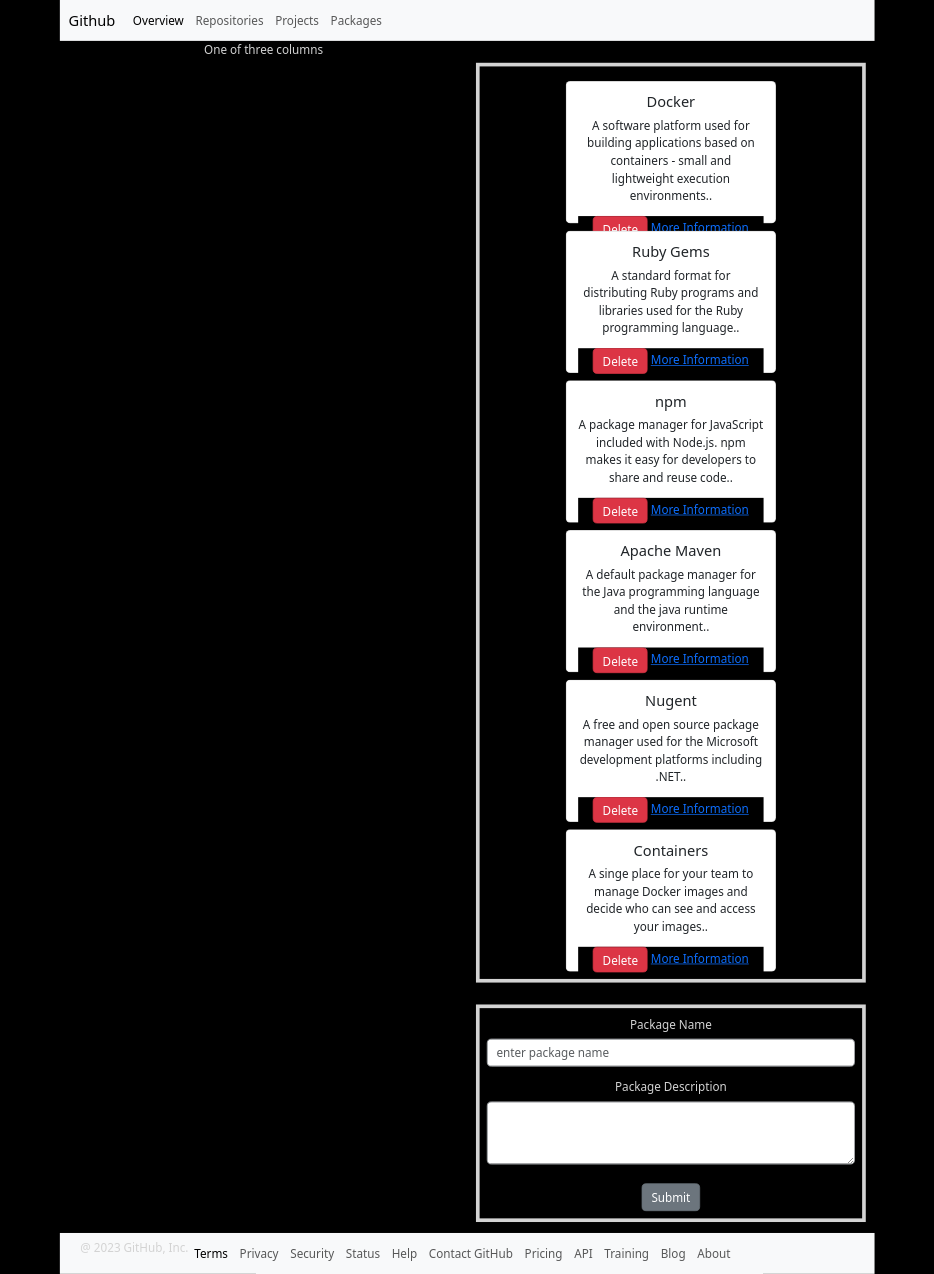
Repository: nss-evening-cohort-E23/gitsub-pull-request-posse
Page: packages.html
These files come from the project's save history. The page is drawn as it stood at one moment and after the next save; the edit follows.
The browser window is 1280 px wide. The pictures show the whole page, at 73% of full size.

Above is the page before, as saved 2023-05-09 19:41:01.

### packages.html
<!DOCTYPE html>
<html lang="en">
<head>
  <meta charset="UTF-8">
  <meta http-equiv="X-UA-Compatible" content="IE=edge">
  <meta name="viewport" content="width=device-width, initial-scale=1.0">
  <link href="https://cdn.jsdelivr.net/npm/bootstrap@5.3.0-alpha3/dist/css/bootstrap.min.css" rel="stylesheet" integrity="sha384-KK94CHFLLe+nY2dmCWGMq91rCGa5gtU4mk92HdvYe+M/SXH301p5ILy+dN9+nJOZ" crossorigin="anonymous">
  <link rel="stylesheet" href="packages.css">
  <title>Packages</title>
</head>
<body>
  <div class="container" id="master">
    <div id="navigate">
      <nav class="navbar navbar-expand-lg bg-body-tertiary">
        <div class="container-fluid">
          <a class="navbar-brand" href="#">Github</a>
          <button class="navbar-toggler" type="button" data-bs-toggle="collapse" data-bs-target="#navbarNavAltMarkup" aria-controls="navbarNavAltMarkup" aria-expanded="false" aria-label="Toggle navigation">
            <span class="navbar-toggler-icon"></span>
          </button>
          <div class="collapse navbar-collapse" id="navbarNavAltMarkup">
            <div class="navbar-nav">
              <a class="nav-link active" aria-current="page" href="#">Overview</a>
              <a class="nav-link" href="#">Repositories</a>
              <a class="nav-link" href="#">Projects</a>
              <a class="nav-link" href="#">Packages</a>
            </div>
          </div>
        </div>
      </nav>
    </div>
   <div class="container text-center">
    <div class="row align-items-start">
    <!-- 2 columns | first column for static bio -->
    <div class="col" id="bio">
      One of three columns

    </div>
    <div class="col">
      <!-- <h2><b><u>Packages</u></b></h2> -->
      <div id="packages"></div>
      <form class="form">
      <div id="newPackage">
      <div class="mb-3">
        <label for="exampleFormControlInput1" class="form-label">Package Name</label>
        <input type="text" class="form-control" id="name" placeholder="enter package name">
      </div>
      <div class="mb-3">
        <label for="exampleFormControlTextarea1" class="form-label">Package Description</label>
        <textarea class="form-control" id="description" rows="3"></textarea>
      </div>
      <button type="submit" class="btn btn-secondary" id="submit">Submit</button>
    </div>
  </form>
  </div>
  </div>
</div>
<!-- Footer -->

<div class="footer">
<nav class="navbar navbar-expand-lg bg-body-tertiary">
  <div class="container-fluid">
    <a class="navbar-brand" href="#"></a>
    <button class="navbar-toggler" type="button" data-bs-toggle="collapse" data-bs-target="#navbarNav" aria-controls="navbarNav" aria-expanded="false" aria-label="Toggle navigation">
      <span class="navbar-toggler-icon"></span>
    </button>
    <div class="collapse navbar-collapse" id="footer">
      <p>@ 2023 GitHub, Inc.</p>
      <div id="ftr-links">
      <ul class="navbar-nav">
        <li class="nav-item">
          <a class="nav-link active" aria-current="page" href="#">Terms</a>
        </li>
        <li class="nav-item">
          <a class="nav-link" href="#">Privacy</a>
        </li>
        <li class="nav-item">
          <a class="nav-link" href="#">Security</a>
        </li>
        <li class="nav-item">
          <a class="nav-link" href="#">Status</a>
        </li>
        <li class="nav-item">
          <a class="nav-link" href="#">Help</a>
        </li>
      </ul>

      <ul class="navbar-nav">
        <li class="nav-item">
          <a class="nav-link" href="#">Contact GitHub</a>
        </li>
        <li class="nav-item">
          <a class="nav-link" href="#">Pricing</a>
        </li>
        <li class="nav-item">
          <a class="nav-link" href="#">API</a>
        </li>
        <li class="nav-item">
          <a class="nav-link" href="#">Training</a>
        </li>
        <li class="nav-item">
          <a class="nav-link" href="#">Blog</a>
        </li>
        <li class="nav-item">
          <a class="nav-link" href="#">About</a>
        </li>
      </ul>
    </div>
  </div>
</nav>
</div>
</div>
</div>
</div>
  <script src="main.js"></script>
  <script src="https://cdn.jsdelivr.net/npm/bootstrap@5.3.0-alpha3/dist/js/bootstrap.bundle.min.js" integrity="sha384-ENjdO4Dr2bkBIFxQpeoTz1HIcje39Wm4jDKdf19U8gI4ddQ3GYNS7NTKfAdVQSZe" crossorigin="anonymous"></script>
</body>
</html>

### packages.css
body {
  background-color: black;
  color: lightgray;
  flex: auto;
}

#master {
  display: flex;
  flex-direction: column;
  height: 100vh;
}

#navigate {
  flex: none;



}

.footer {
  margin-top: auto;
  justify-content: space-around;

}

#ftr-links {
  display: flex;
  flex-direction: row;
  justify-content: space-between;

}

#packages {
  display: flex;
  flex-direction: row;
  flex-wrap: wrap;
  justify-content: space-around;
  margin: 0 auto;
  width: 100%;
  border: 5px solid lightgray;
  padding: 10px;
  margin-top: 30px;

}

.card {
 height: 195px;
 margin-top: 10px;
}

#newPackage {
  border: 5px solid lightgray;
  margin-top: 30px;
  margin-bottom: 15px;
  padding: 10px;
}

#submit {
  margin-top: 10px;
}

#delete {
  margin: auto;
  width: 75px;
  height: 35px;
}

#card-footer {
  margin-bottom: 5px;
  background-color: black;

}

### main.js

const renderToDom = (divId, htmltoRender) => {
  let targetedDiv = document.getElementById(divId);
  targetedDiv.innerHTML = htmltoRender;
};

const reposCardsOnDom = () => {
  let domString = "";
  domString += `

  `;
};

// packages array
const packages = [
  {
    id: 1,
    name: 'Docker',
    description: 'A software platform used for building applications based on containers - small and lightweight execution environments.',

  },

  {
    id: 2,
    name: 'Ruby Gems',
    description: 'A standard format for distributing Ruby programs and libraries used for the  Ruby programming language.',

  },

  {
    id: 3,
    name: 'npm',
    description: 'A package manager for JavaScript included with Node.js. npm makes it easy for developers to share and reuse code.',

  },

  {
    id: 4,
    name: 'Apache Maven',
    description: 'A default package manager for the Java programming language and the java runtime environment.',

  },

  {
    id: 5,
    name: 'Nugent',
    description: 'A free and open source package manager used for the Microsoft development platforms including .NET.',

  },

  {
    id: 6,
    name: 'Containers',
    description: 'A singe place for your team to manage Docker images and decide who can see and access your images.',
  },
]

// packages
const packagesOnDom = (array) => {
  let domString = "";

// package cards
for (const package of array) {
  domString += `<div class="card" style="width: 18rem;" id="pkgs">
  <div class="card-body">
    <h5 class="card-title">${package.name}</h5>
    <p class="card-text">${package.description}.</p>
   <footer id="card-footer"><button class="btn btn-danger" id="delete">Delete</button>
    <a href="#" class="card-link">More Information</a>
    </footer>
  </div>
</div>`
}
renderToDom("packages", domString);

}
packagesOnDom(packages);

const startApp = () => {
  packagesOnDom(packages);
}

const form = document.querySelector('.form');

const createNewPackage = (e) => {
  e.preventDefault();

  const newPackage = {
    id: packages.length + 1,
    name: document.querySelector('#name').value,
    description: document.querySelector('#description').value,
  }

  packages.push(newPackage);
  packagesOnDom(packages);
  form.reset();
}

form.addEventListener('submit', createNewPackage);

startApp();

After the next save:
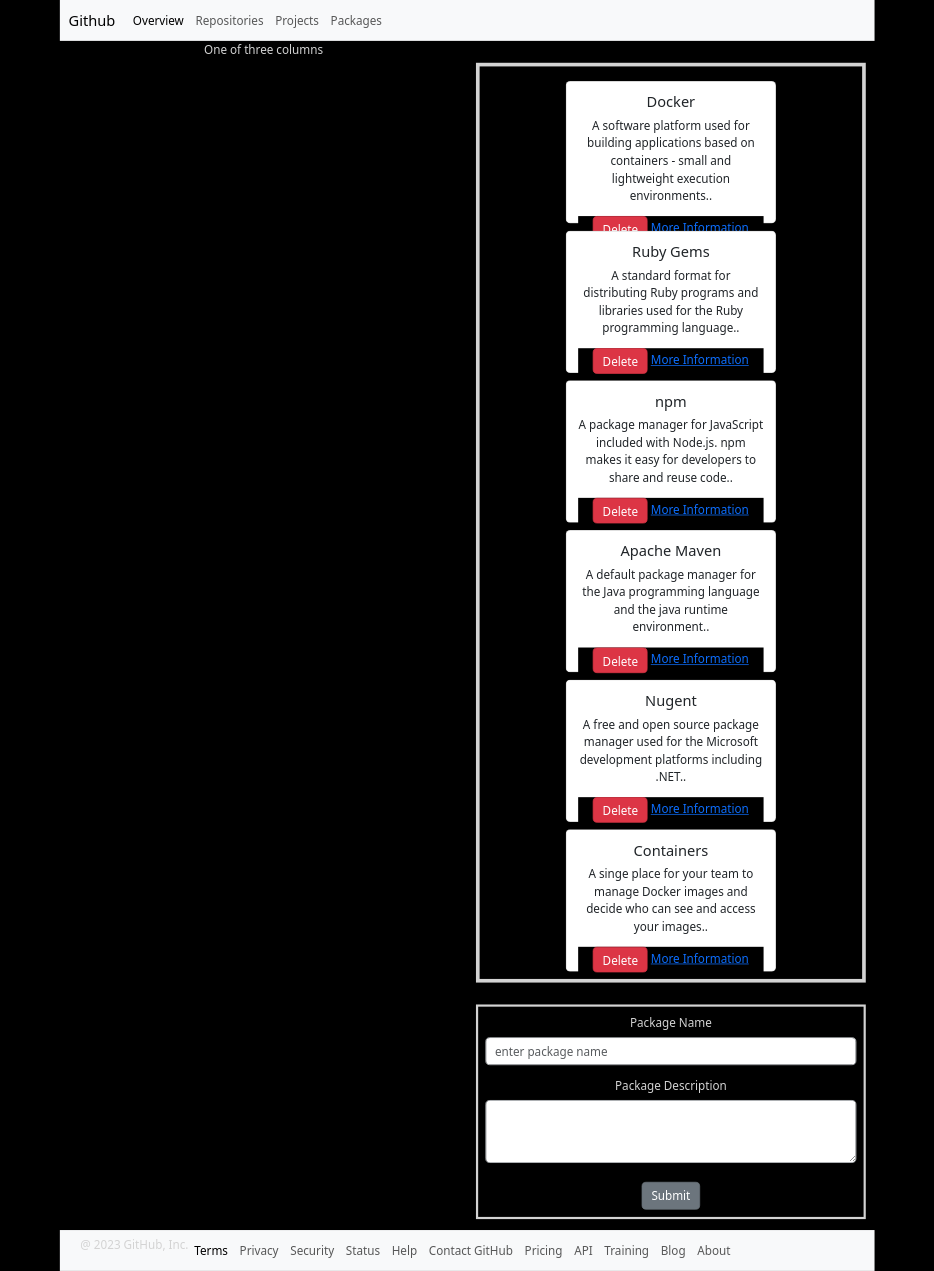
Saved 63 s later.
--- a/packages.css
+++ b/packages.css
@@ -49,7 +49,7 @@
 }
 
 #newPackage {
-  border: 5px solid lightgray;
+  border: 3px solid lightgray;
   margin-top: 30px;
   margin-bottom: 15px;
   padding: 10px;
